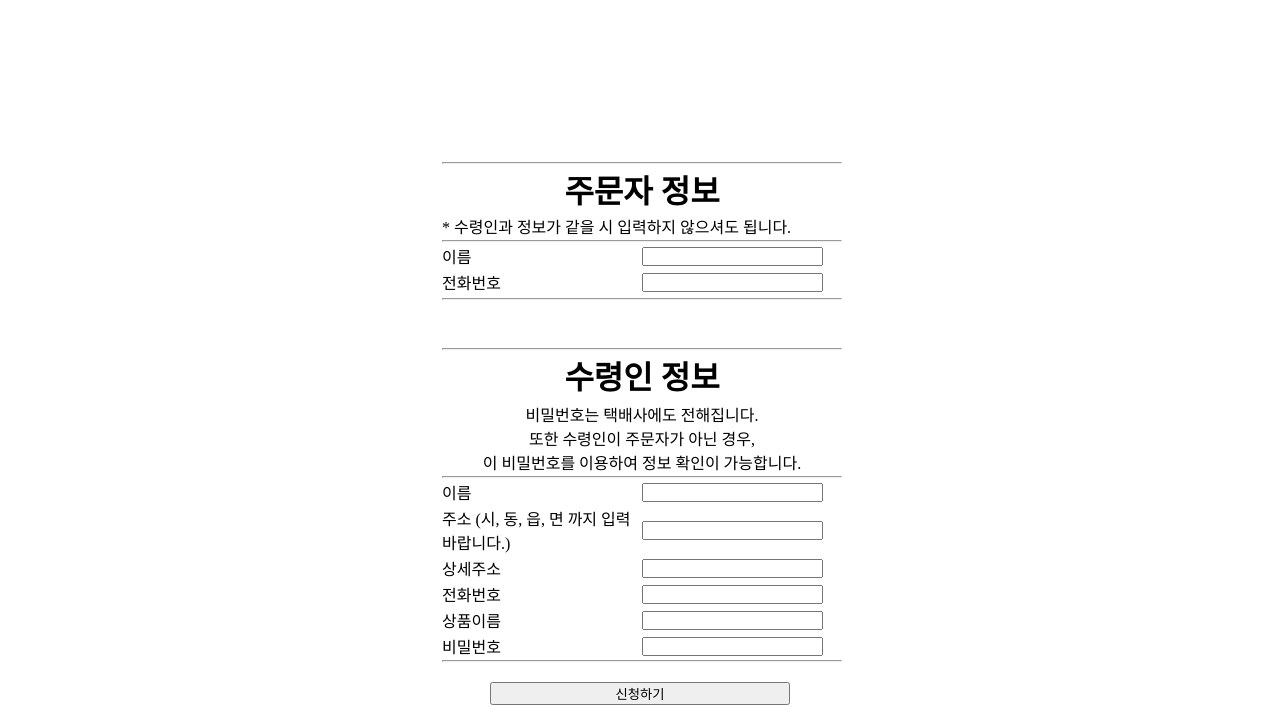
Repository: wkhong89/SafeDelivery
Page: http://localhost/deliveryQR/userPart.jsp
An editor plug-in stored every save of this project. The page is shown before and after the next save, followed by the edit.
The browser window is 1280 px wide. The pictures show the whole page.
The page is served by Tomcat 9.

Above is the page before, as saved 2018-11-29 07:53:53.

After the next save:
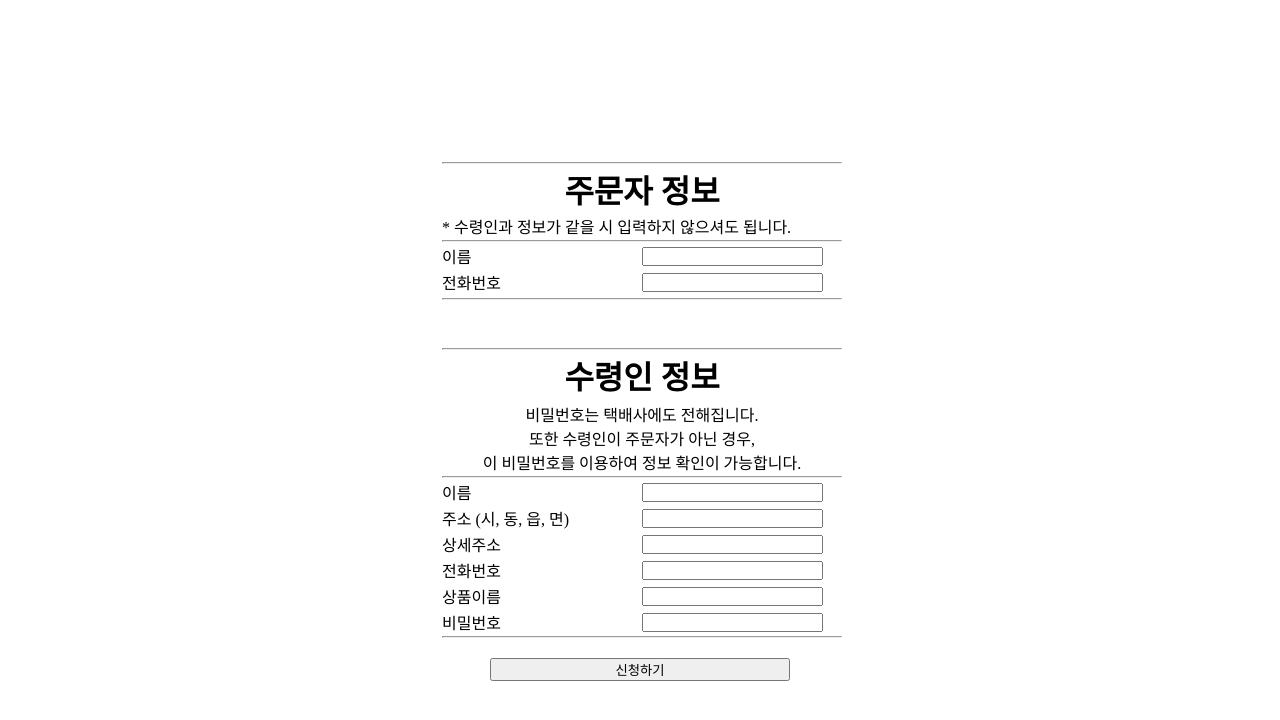
Saved 14 s later.
--- a/workspaceQR/deliveryQR/WebContent/userPart.jsp
+++ b/workspaceQR/deliveryQR/WebContent/userPart.jsp
@@ -97,7 +97,7 @@
 						<td><input type="text" name="r_user"></td>
 					</tr>
 					<tr>
-						<td><label>주소 (시, 동, 읍, 면 까지 입력바랍니다.)</label></td>
+						<td><label>주소 (시, 동, 읍, 면)</label></td>
 						<td><input type="text" name="r_address"></td>
 					</tr>
 					<tr>
